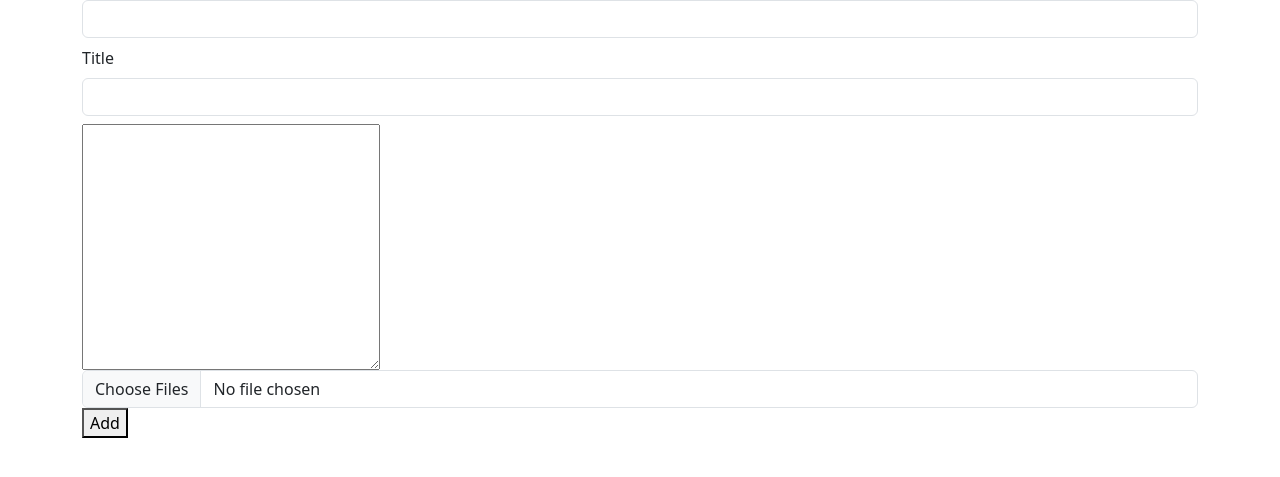
Repository: wasimalbokae2000/blogs
Page: http://localhost/posts/create
The author's editor kept a copy of each file at every save. The page is drawn from the files as they stood at one save, then again after the next save.
The browser window is 1280 px wide. The pictures show the whole page.
The page is served by the project's Laravel application, run on PHP 8.4 with Laravel 12. Other server files are loaded and not shown.

Above is the page before, as saved 2024-11-27 23:09:15.

### routes/web.php
<?php

use Illuminate\Support\Facades\Route;
use App\Http\Controllers\PostController;
Route::get('/', function () {
    return view('welcome');
});

Route::get('/posts', [PostController::class, "index"])->name("posts");
Route::get('/posts/create', [PostController::class, "create"] )->name("posts.create");
Route::POST('/posts/store', [PostController::class, "store"] )->name("posts.store");
Route::get('/posts/show/id={id?}', [PostController::class, "show"] )->name("posts.show");
Route::get('/posts/edit/id={id?}', [PostController::class, "edit"] )->name("posts.edit");
Route::POST('/posts/update/id={id?}', [PostController::class, "update"] )->name("posts.update");
Route::get('/posts/delete/id={id?}', [PostController::class, "destroy"] )->name("posts.delete");

### app/Http/Controllers/PostController.php
<?php

namespace App\Http\Controllers;

use App\Models\Post;
use Illuminate\Http\Request;

class PostController extends Controller
{
    /**
     * Display a listing of the resource.
     */
    public function index()
    {
        $posts=Post::all();
        return view("posts.index",compact("posts"));
    }

    /**
     * Show the form for creating a new resource.
     */
    public function create()
    {
        return view("posts.create");
    }

    /**
     * Store a newly created resource in storage.
     */
    public function store(Request $request)
    {

        $arr_images=array();
        if($images=$request->file("image"))
        {
            foreach($images as $image)
            {
                $imgName=$image->getClientOriginalName() . '-'. uniqid() . '.'.$image->getClientOriginalExtension();
                $arr_images[]=$imgName;
                 $image->move(public_path("/images"),$imgName);
            }
            // $imgName=$request->file("image")->getClientOriginalName() . '-'. uniqid() . '.'.$request->file("image")->getClientOriginalExtension();
        }
        $p=Post::create([
            "title"=>$request->title,
            "description"=>$request->description,
            "image"=>implode('|',$arr_images)
            ]);
        if($p)
        return redirect()->route('posts');
        return view("posts.index");
    }

    /**
     * Display the specified resource.
     */
    public function show($id)
    {
        $post=Post::find($id);
        return view("posts.show",compact("post"));
    }
    public function showForEdit($id)
    {

    }

    /**
     * Show the form for editing the specified resource.
     */
    public function edit($id)
    {
        $post=Post::find($id);
        return view("posts.edit",compact("post"));
    }

    /**
     * Update the specified resource in storage.
     */
    public function update(Request $request, $id)
    {
        $post=POST::find($id);
        $post->title=$request->title;
        $post->description=$request->description;
        if($request->hasFile("image"))
        {
            $imgName=$request->file("image")->getClientOriginalName() . '-'. uniqid() . '.'.$request->file("image")->getClientOriginalExtension();
           $request->file("image")->move(public_path("/images"),$imgName);
           $post->image=$imgName;
        }
        $post->save();
        return redirect()->route('posts');
    }

    /**
     * Remove the specified resource from storage.
     */
    public function destroy($id)
    {
        $post = Post::find($id);
        $post->delete();
        return redirect()->route('posts');
    }
}

### resources/views/posts/create.blade.php
<link href="https://cdn.jsdelivr.net/npm/bootstrap@5.3.3/dist/css/bootstrap.min.css" rel="stylesheet" integrity="sha384-QWTKZyjpPEjISv5WaRU9OFeRpok6YctnYmDr5pNlyT2bRjXh0JMhjY6hW+ALEwIH" crossorigin="anonymous">

<div class="container">
    <form action="{{ route("posts.store") }}" enctype="multipart/form-data" method="POST">
        @method("POST")
        @csrf
        <div class="">
            <input type="text" class="form-control" name="title">
        </div>

        <div class="mt-2 mb-2">
            <label for="title" class="form-label">Title</label>
            <input  class="form-control" id="title" >
          </div>

        <textarea name="description" id="" cols="30" rows="10"></textarea>
        <input class="form-control" type="file" name="image[]" multiple>
        <button type="submit">Add</button>
    </form>
</div>

<script src="https://cdn.jsdelivr.net/npm/bootstrap@5.3.3/dist/js/bootstrap.bundle.min.js" integrity="sha384-YvpcrYf0tY3lHB60NNkmXc5s9fDVZLESaAA55NDzOxhy9GkcIdslK1eN7N6jIeHz" crossorigin="anonymous"></script>

Loaded but not shown: app/Http/Controllers/Controller.php (common file)

After the next save:
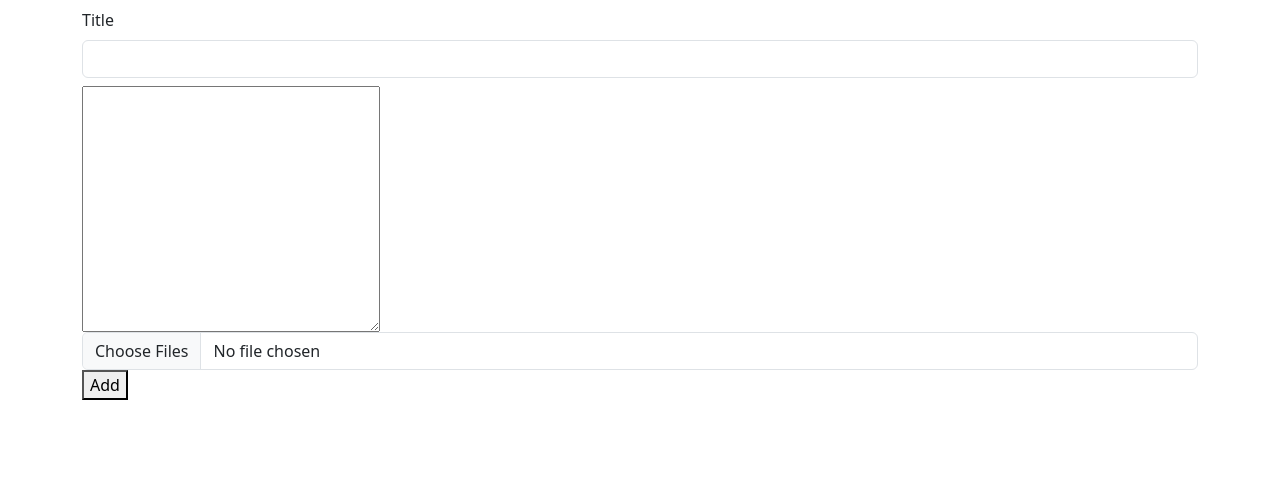
Saved 7 s later.
--- a/resources/views/posts/create.blade.php
+++ b/resources/views/posts/create.blade.php
@@ -4,10 +4,6 @@
     <form action="{{ route("posts.store") }}" enctype="multipart/form-data" method="POST">
         @method("POST")
         @csrf
-        <div class="">
-            <input type="text" class="form-control" name="title">
-        </div>
-
         <div class="mt-2 mb-2">
             <label for="title" class="form-label">Title</label>
             <input  class="form-control" id="title" >
